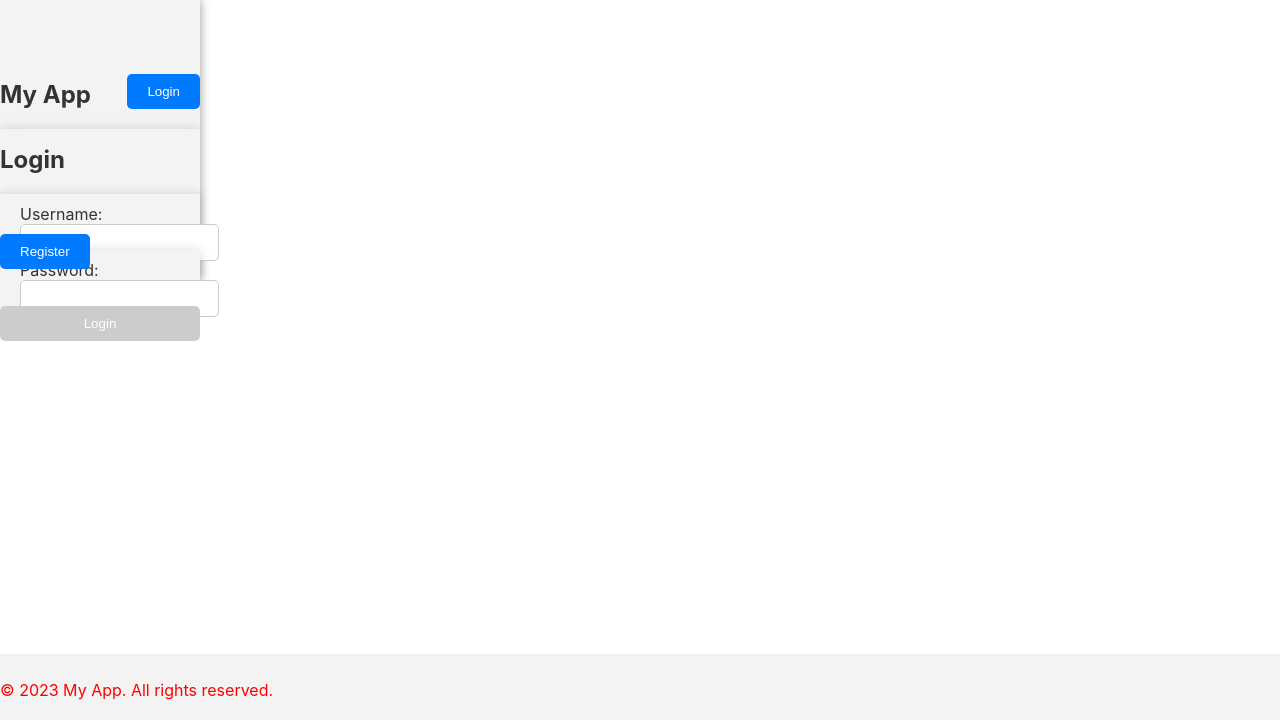
Repository: iMlearnDinG/react-app-v2
Page: /login
The author's editor kept a copy of each file at every save. The page is drawn from the files as they stood at one save, then again after the next save.
The browser window is 1280 px wide. The pictures show the whole page.
The page's requests for data from a server got no answer. The project was rebuilt for these pictures with package versions that can differ from the ones it lists, and the page was loaded fresh each time. No one was signed in, and anything a server would have sent is missing. Also part of the build but not shown: src/components/Register.js, src/components/Lobby.js, src/components/Game.js, src/components/Menu.js.

Above is the page before, as saved 2023-07-19 02:09:27.

After the next save:
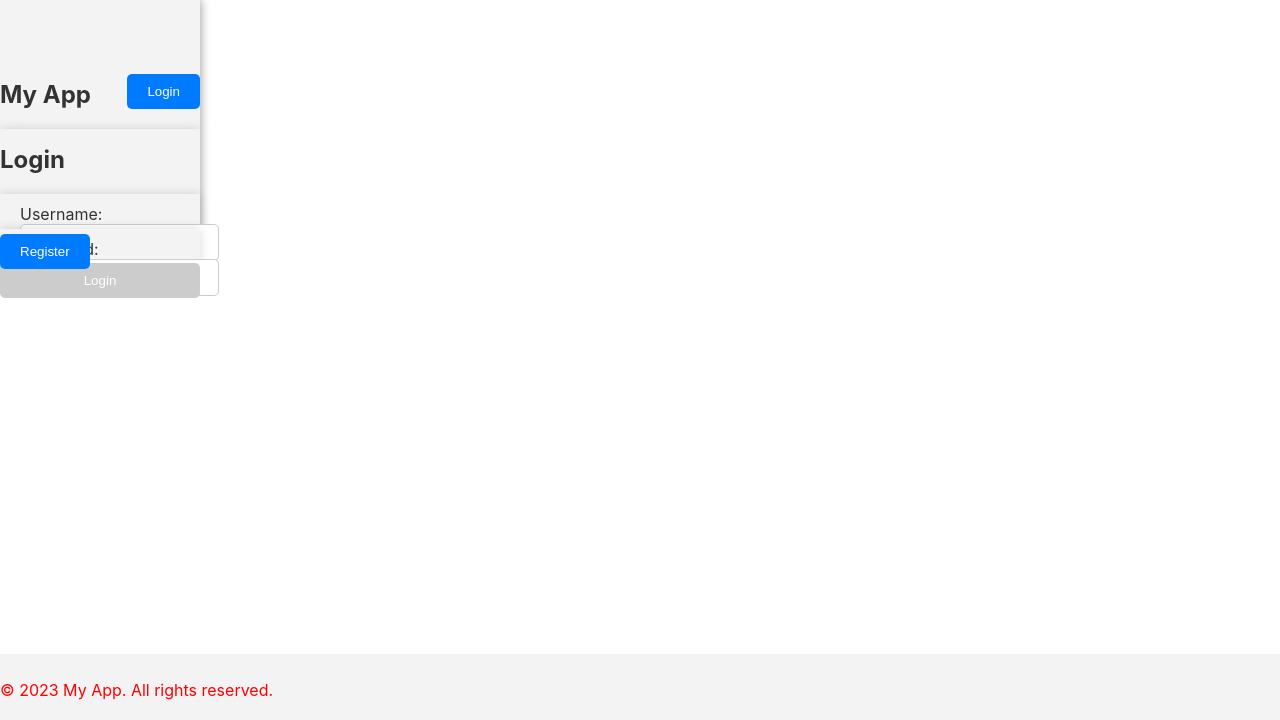
Saved 16 s later.
--- a/src/css/login.css
+++ b/src/css/login.css
@@ -3,7 +3,7 @@ div {
     flex-direction: column;
     align-items: center;
     justify-content: center;
-    height: 5vh;
+    height: 2vh;
     padding: 20px;
     background-color: #F3F3F3;
   }
